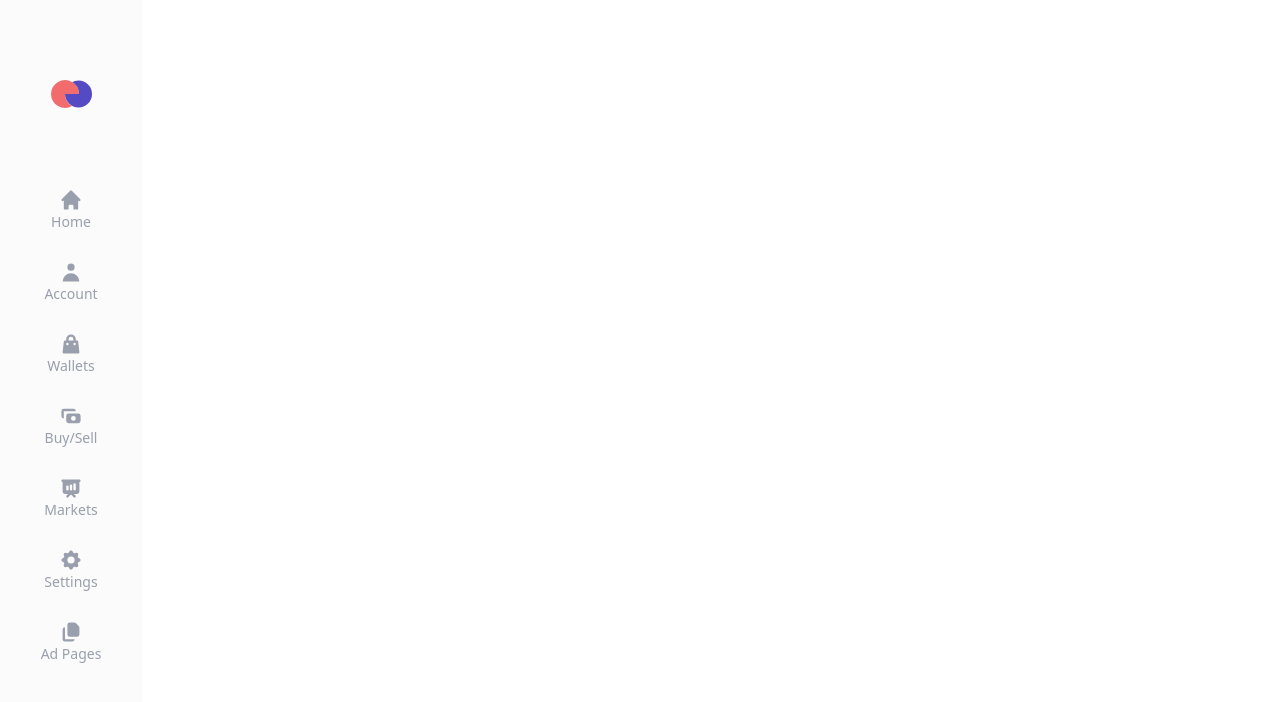
Repository: almaqdad55/crypto-app-nextjs
Page: /
These files come from the project's save history. The page is drawn as it stood at one moment and after the next save; the edit follows.
The browser window is 1280 px wide. The pictures show the whole page.
The project was rebuilt for these pictures with package versions that can differ from the ones it lists, and the page was loaded fresh each time. The framework's server and built-in components were replaced by stand-ins that run in the browser.

Above is the page before, as saved 2022-01-04 19:53:59.

After the next save:
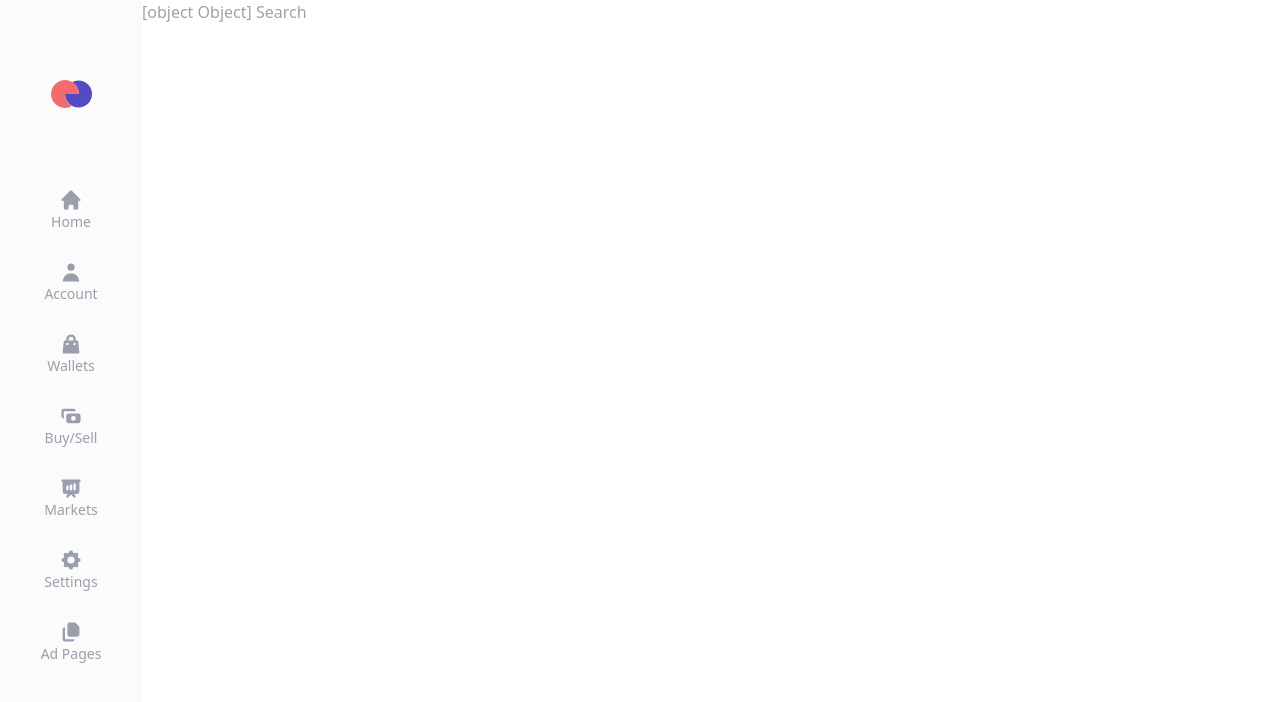
Saved 108 s later.
--- a/components/Feed.jsx
+++ b/components/Feed.jsx
@@ -8,7 +8,11 @@ import {
 const Feed = () => {
   return (
     <div className="">
-      <div></div>
+      <div>
+        <div className="bg-gray-300 rounded-2xl">
+          <input type="text" placeholder={`${(<SearchIcon />)} Search`} />
+        </div>
+      </div>
     </div>
   );
 };
